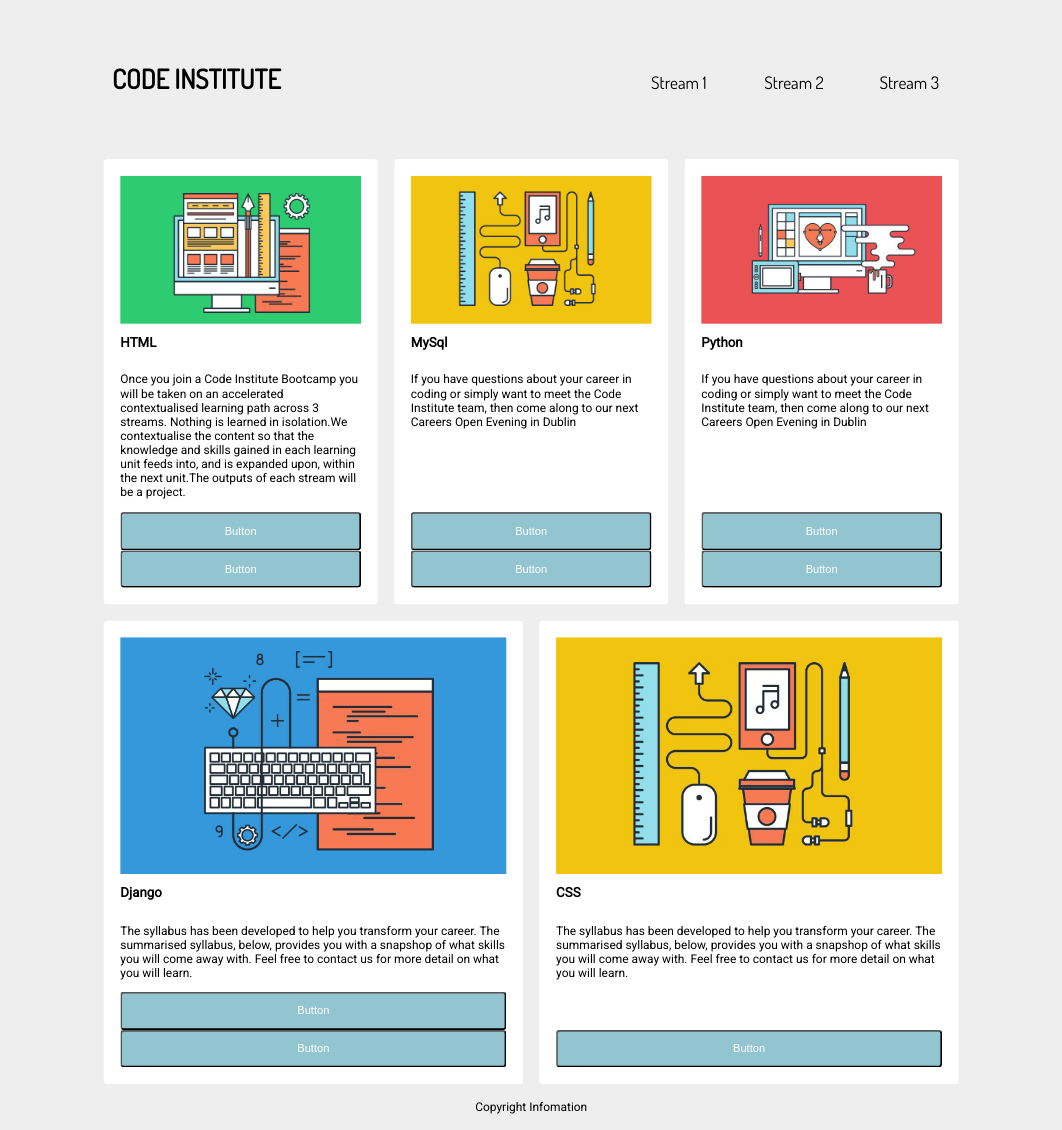
Repository: SOliv1/jquery-events
Page: index.html
The author's editor kept a record of every edit. The page is drawn from the files as they stood at one moment, then again after the next edit.
The browser window is 1280 px wide. The pictures show the whole page, at 83% of full size.
Some web libraries are served in a nearby version.

Above is the page before.

After the next edit:
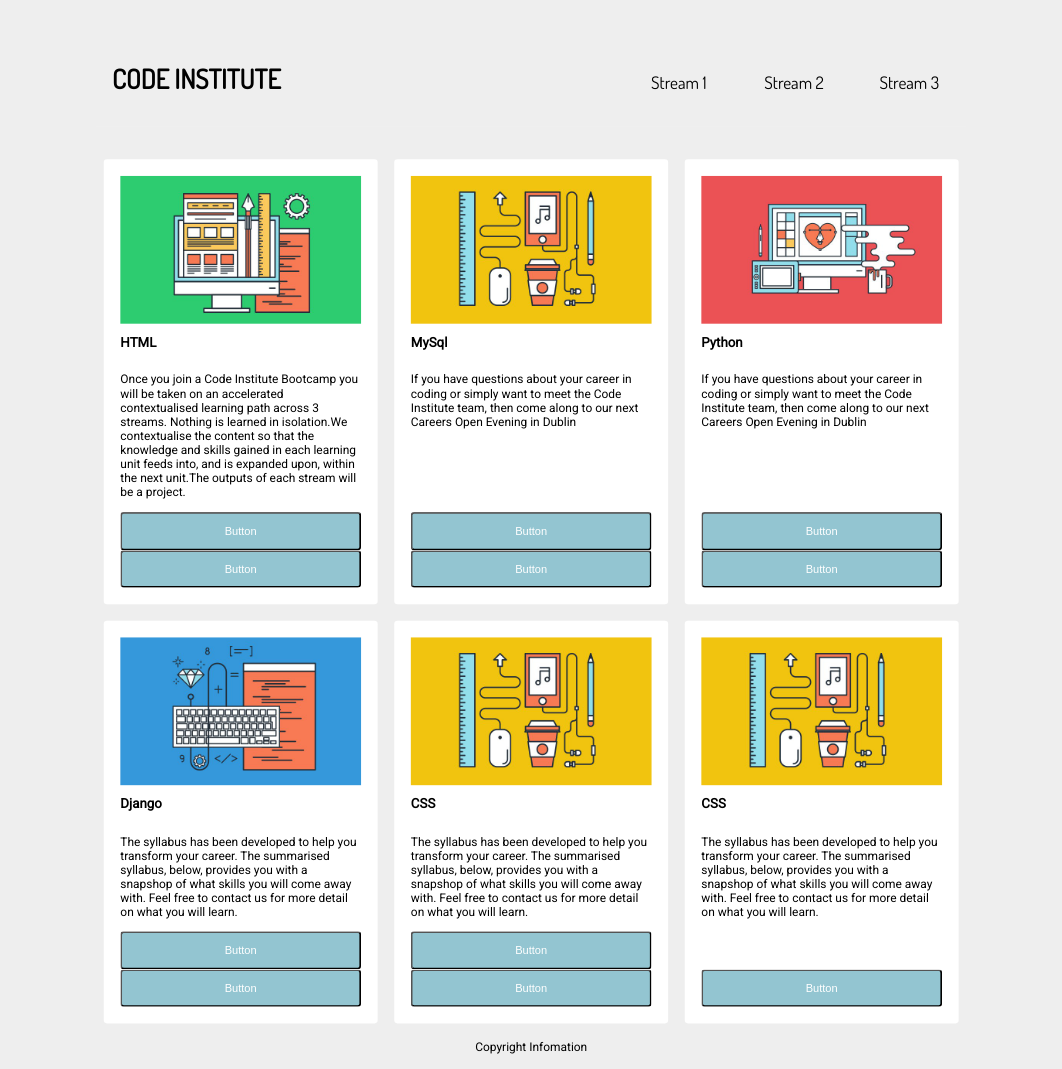
The edit:
--- a/index.html
+++ b/index.html
@@ -54,7 +54,14 @@
             <h2 class="card_head">CSS</h2>
             <p class="card_para">The syllabus has been developed to help you transform your career. The summarised syllabus, below, provides you with a snapshop of what skills you will come away with. Feel free to contact us for more detail on what you will learn.</p>
             <button class="bottom_button">Button</>
+            <button id="button_effects5" class="bottom_button">Button</button>
         </div>
+		<div class="card stream1">
+			<img class="card_image" src="img/1.png" alt="coding icon">
+			<h2 class="card_head">CSS</h2>
+			<p id="par6" class="card_para">The syllabus has been developed to help you transform your career. The summarised syllabus, below, provides you with a snapshop of what skills you will come away with. Feel free to contact us for more detail on what you will learn.</p>
+			<button id="button_effects6" class="bottom_button">Button</button>
+		</div>
         <div id="my_footer">
             <p id="copyright">Copyright Infomation</p>
         </div>
